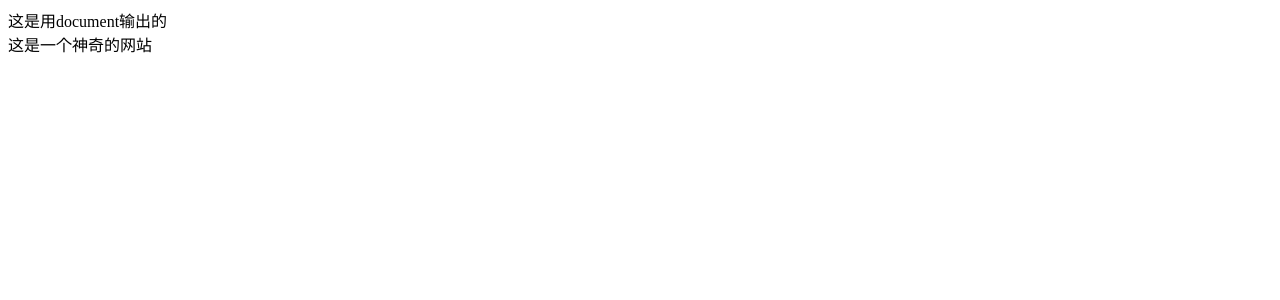
Repository: lqcoffical/basic-frontCode
Page: js/js输出.html
These files come from the project's save history. The page is drawn as it stood at one moment and after the next save; the edit follows.
The browser window is 1280 px wide. The pictures show the whole page.

Above is the page before, as saved 2019-10-23 15:06:31.

After the next save:
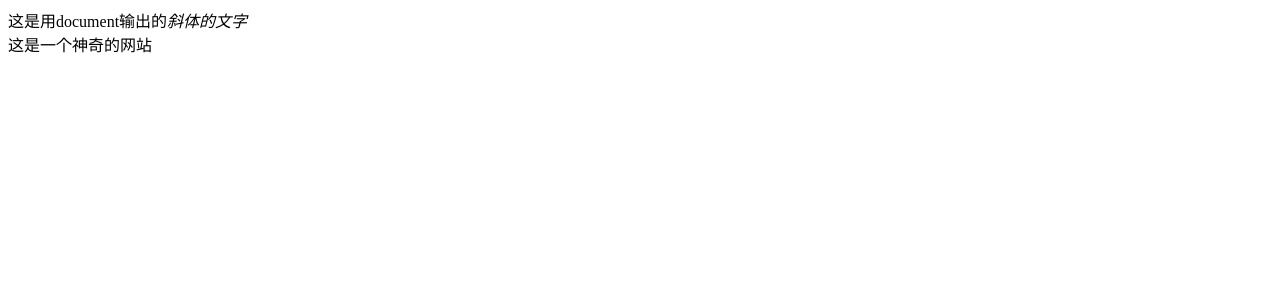
Saved 5 min 39 s later.
--- a/js/js输出.html
+++ b/js/js输出.html
@@ -8,6 +8,7 @@
     <script>
         alert("警告！此网站可能包含病毒！");
         document.write("这是用document输出的");
+        document.write("<i>斜体的文字</i>");
     </script>
 </head>
 <body>
